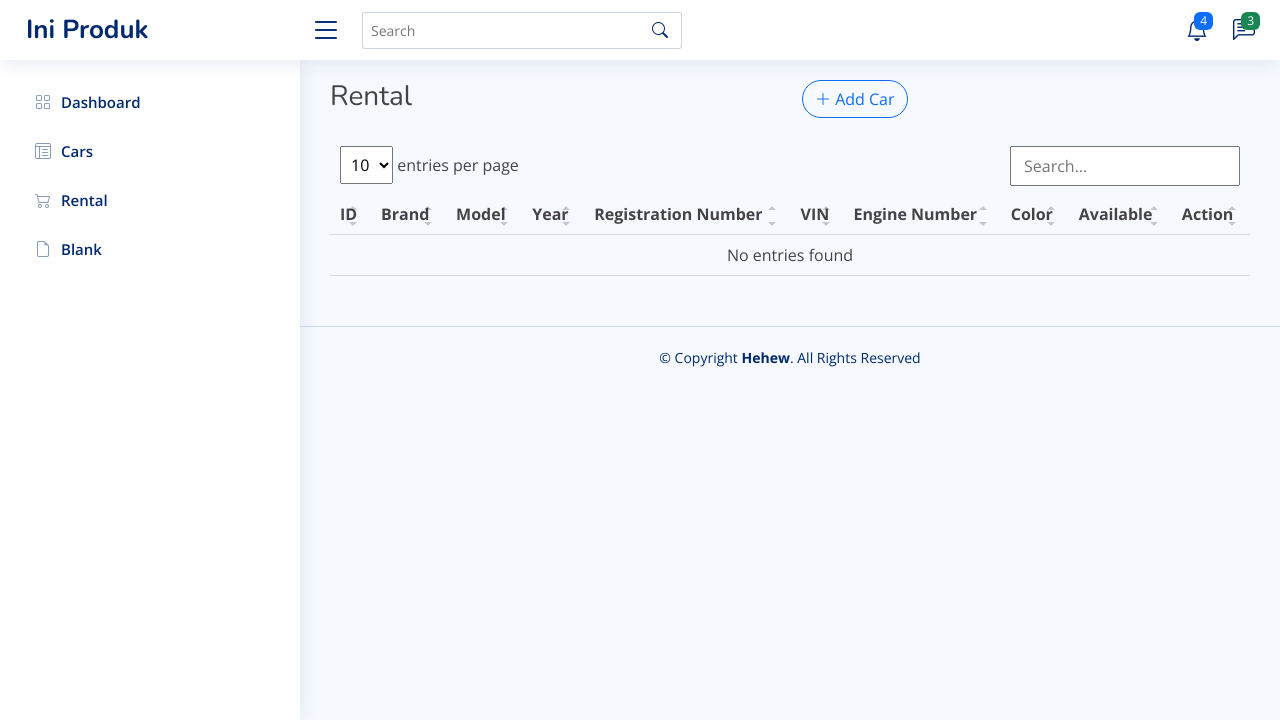
Repository: Jistoper/car_rental
Page: resources/views/backsite/content/car/cartable.blade.php
The author's editor kept a copy of each file at every save. The page is drawn from the files as they stood at one save, then again after the next save.
The browser window is 1280 px wide. The pictures show the whole page.
The page is served by the project's Laravel application, run on PHP 8.4 with Laravel 9. Other server files are loaded and not shown. The template is opened directly, without the code that normally fills it, so the values that code supplies are empty.

Above is the page before, as saved 2023-06-25 16:22:41.

### routes/web.php
<?php

use Illuminate\Support\Facades\Route;
use App\Http\Controllers\carcontroller;

/*
|--------------------------------------------------------------------------
| Web Routes
|--------------------------------------------------------------------------
|
| Here is where you can register web routes for your application. These
| routes are loaded by the RouteServiceProvider within a group which
| contains the "web" middleware group. Now create something great!
|
*/

Route::get('/dashboard', function () {
    return view('backsite.dashboard');
})->name('dashboard');

Route::controller(CarController::class)->as('car.')->group(function(){
    Route::get('/car', 'getall')->name('getall');
    Route::get('/create', 'create')->name('create');
    Route::post('/create', 'storeCar')->name('store');
    Route::get('/edit', 'editView')->name('edit');
    Route::post('/edit', 'storeEdit')->name('storeEdit');
    Route::delete('/car_delete_', 'delete')->name('delete');

    Route::get('/rent', 'getList')->name('getList');
    Route::get('/rent_car', 'rentView')->name('rentView');
    Route::post('/car/rent/{$car_id}', 'storeRent')->name('storeRent');
});

### resources/views/backsite/content/car/cartable.blade.php
@extends('backsite.dashboard')

@section('content')

<div>
    <div class="pagetitle row">
        <div class="col-md-6">
            <h3>Rental</h3>
        </div>
        <div class="col-md-6">
            <a href="{{ route('car.create') }}" class="btn btn-outline-primary rounded-pill bi-plus-lg"> Add Car</a>
        </div>
    </div>
    <div class="mb-3">

    </div>
    <table class="table datatable">
        <thead>
          <tr>
            <th scope="col">ID</th>
            <th scope="col">Brand</th>
            <th scope="col">Model</th>
            <th scope="col">Year</th>
            <th scope="col">Registration Number</th>
            <th scope="col">VIN</th>
            <th scope="col">Engine Number</th>
            <th scope="col">Color</th>
            <th scope="col">Available</th>
            <th scope="col">Action</th>
          </tr>
        </thead>
        <tbody>
            @foreach($Cars as $cars)
                <tr>
                    <td>{{ $cars['car_id'] }}</td>
                    <td>{{ $cars['brand'] }}</td>
                    <td>{{ $cars['model'] }}</td>
                    <td>{{ $cars['year'] }}</td>
                    <td>{{ $cars['registration_number'] }}</td>
                    <td>{{ $cars['vin'] }}</td>
                    <td>{{ $cars['engine_number'] }}</td>
                    <td>{{ $cars['color'] }}</td>
                    <td>{{ $cars['is_available'] ? 'Yes' : 'No' }}</td>
                    <td>
                        <form action="{{ route('car.edit', $cars['car_id']) }}" class="d-inline" method="POST">
                            @csrf
                            @method('GET')
                            <input type="hidden" name="car_id" value="{{ $cars['car_id'] }}">
                            <input type="hidden" name="brand" value="{{ $cars['brand'] }}">
                            <input type="hidden" name="model" value="{{ $cars['model'] }}">
                            <input type="hidden" name="year" value="{{ $cars['year'] }}">
                            <input type="hidden" name="registration_number" value="{{ $cars['registration_number'] }}">
                            <input type="hidden" name="vin" value="{{ $cars['vin'] }}">
                            <input type="hidden" name="engine_number" value="{{ $cars['engine_number'] }}">
                            <input type="hidden" name="color" value="{{ $cars['color'] }}">
                            <button class="btn btn-sm rounded-pill btn-outline-secondary" type="submit" name='submit'>Edit</button>
                        </form>
                        <form onsubmit="return confirm('Are you sure you want to delete this data?')" action="{{ route('car.delete', $cars['car_id']) }}" class="d-inline" method="POST">
                            @csrf
                            @method('DELETE')
                            <input type="hidden" name="car_id" value="{{ $cars['car_id'] }}">
                            <button class="btn btn-sm rounded-pill btn-outline-danger" type="submit" name='submit'>Delete</button>
                        </form>
                    </td>
                </tr>
            @endforeach
        </tbody>
    </table>
</div>

@endsection

### resources/views/backsite/partials/header.blade.php
<header id="header" class="header fixed-top d-flex align-items-center">
    <div class="d-flex align-items-center justify-content-between">
      <a href="{{ route('dashboard') }}" class="logo d-flex align-items-center">
        <img src="assets/img/logo.png" alt="">
        <span class="d-none d-lg-block">Ini Produk</span>
      </a>
      <i class="bi bi-list toggle-sidebar-btn"></i>
    </div><!-- End Logo -->

    <div class="search-bar">
      <form class="search-form d-flex align-items-center" method="POST" action="#">
        <input type="text" name="query" placeholder="Search" title="Enter search keyword">
        <button type="submit" title="Search"><i class="bi bi-search"></i></button>
      </form>
    </div><!-- End Search Bar -->

    <nav class="header-nav ms-auto">
      <ul class="d-flex align-items-center">

        <li class="nav-item d-block d-lg-none">
          <a class="nav-link nav-icon search-bar-toggle " href="#">
            <i class="bi bi-search"></i>
          </a>
        </li><!-- End Search Icon-->

        <li class="nav-item dropdown">

          <a class="nav-link nav-icon" href="#" data-bs-toggle="dropdown">
            <i class="bi bi-bell"></i>
            <span class="badge bg-primary badge-number">4</span>
          </a><!-- End Notification Icon -->

          <ul class="dropdown-menu dropdown-menu-end dropdown-menu-arrow notifications">
            <li class="dropdown-header">
              You have 4 new notifications
              <a href="#"><span class="badge rounded-pill bg-primary p-2 ms-2">View all</span></a>
            </li>
            <li>
              <hr class="dropdown-divider">
            </li>

            <li class="notification-item">
              <i class="bi bi-exclamation-circle text-warning"></i>
              <div>
                <h4>Lorem Ipsum</h4>
                <p>Quae dolorem earum veritatis oditseno</p>
                <p>30 min. ago</p>
              </div>
            </li>

            <li>
              <hr class="dropdown-divider">
            </li>

            <li class="notification-item">
              <i class="bi bi-x-circle text-danger"></i>
              <div>
                <h4>Atque rerum nesciunt</h4>
                <p>Quae dolorem earum veritatis oditseno</p>
                <p>1 hr. ago</p>
              </div>
            </li>

            <li>
              <hr class="dropdown-divider">
            </li>

            <li class="notification-item">
              <i class="bi bi-check-circle text-success"></i>
              <div>
                <h4>Sit rerum fuga</h4>
                <p>Quae dolorem earum veritatis oditseno</p>
                <p>2 hrs. ago</p>
              </div>
            </li>

            <li>
              <hr class="dropdown-divider">
            </li>

            <li class="notification-item">
              <i class="bi bi-info-circle text-primary"></i>
              <div>
                <h4>Dicta reprehenderit</h4>
                <p>Quae dolorem earum veritatis oditseno</p>
                <p>4 hrs. ago</p>
              </div>
            </li>

            <li>
              <hr class="dropdown-divider">
            </li>
            <li class="dropdown-footer">
              <a href="#">Show all notifications</a>
            </li>

          </ul><!-- End Notification Dropdown Items -->

        </li><!-- End Notification Nav -->

        <li class="nav-item dropdown">

          <a class="nav-link nav-icon" href="#" data-bs-toggle="dropdown">
            <i class="bi bi-chat-left-text"></i>
            <span class="badge bg-success badge-number">3</span>
          </a><!-- End Messages Icon -->

          <ul class="dropdown-menu dropdown-menu-end dropdown-menu-arrow messages">
            <li class="dropdown-header">
              You have 3 new messages
              <a href="#"><span class="badge rounded-pill bg-primary p-2 ms-2">View all</span></a>
            </li>
            <li>
              <hr class="dropdown-divider">
            </li>

            <li class="message-item">
              <a href="#">
                <img src="assets/img/messages-1.jpg" alt="" class="rounded-circle">
                <div>
                  <h4>Maria Hudson</h4>
                  <p>Velit asperiores et ducimus soluta repudiandae labore officia est ut...</p>
                  <p>4 hrs. ago</p>
                </div>
              </a>
            </li>
            <li>
              <hr class="dropdown-divider">
            </li>

            <li class="message-item">
              <a href="#">
                <img src="assets/img/messages-2.jpg" alt="" class="rounded-circle">
                <div>
                  <h4>Anna Nelson</h4>
                  <p>Velit asperiores et ducimus soluta repudiandae labore officia est ut...</p>
                  <p>6 hrs. ago</p>
                </div>
              </a>
            </li>
            <li>
              <hr class="dropdown-divider">
            </li>

            <li class="message-item">
              <a href="#">
                <img src="assets/img/messages-3.jpg" alt="" class="rounded-circle">
                <div>
                  <h4>David Muldon</h4>
                  <p>Velit asperiores et ducimus soluta repudiandae labore officia est ut...</p>
                  <p>8 hrs. ago</p>
                </div>
              </a>
            </li>
            <li>
              <hr class="dropdown-divider">
            </li>

            <li class="dropdown-footer">
              <a href="#">Show all messages</a>
            </li>

          </ul><!-- End Messages Dropdown Items -->

        </li><!-- End Messages Nav -->

        {{-- <li class="nav-item dropdown pe-3">

          <a class="nav-link nav-profile d-flex align-items-center pe-0" href="#" data-bs-toggle="dropdown">
            <img src="assets/img/profile-img.jpg" alt="Profile" class="rounded-circle">
            <span class="d-none d-md-block dropdown-toggle ps-2">K. Anderson</span>
          </a>

          <ul class="dropdown-menu dropdown-menu-end dropdown-menu-arrow profile">
            <li class="dropdown-header">
              <h6>Kevin Anderson</h6>
              <span>Web Designer</span>
            </li>
            <li>
              <hr class="dropdown-divider">
            </li>

            <li>
              <a class="dropdown-item d-flex align-items-center" href="users-profile.html">
                <i class="bi bi-person"></i>
                <span>My Profile</span>
              </a>
            </li>
            <li>
              <hr class="dropdown-divider">
            </li>

            <li>
              <a class="dropdown-item d-flex align-items-center" href="users-profile.html">
                <i class="bi bi-gear"></i>
                <span>Account Settings</span>
              </a>
            </li>
            <li>
              <hr class="dropdown-divider">
            </li>

            <li>
              <a class="dropdown-item d-flex align-items-center" href="pages-faq.html">
                <i class="bi bi-question-circle"></i>
                <span>Need Help?</span>
              </a>
            </li>
            <li>
              <hr class="dropdown-divider">
            </li>

            <li>
              <a class="dropdown-item d-flex align-items-center" href="#">
                <i class="bi bi-box-arrow-right"></i>
                <span>Sign Out</span>
              </a>
            </li>

          </ul><!-- End Profile Dropdown Items -->
        </li><!-- End Profile Nav --> --}}

      </ul>
    </nav><!-- End Icons Navigation -->
</header>

### resources/views/backsite/partials/sidebar.blade.php
<aside id="sidebar" class="sidebar">

    <ul class="sidebar-nav" id="sidebar-nav">

      <li class="nav-item">
        <a class="nav-link collapsed" href="{{ route('dashboard') }}">
          <i class="bi bi-grid"></i>
          <span>Dashboard</span>
        </a>
      </li><!-- End Dashboard Nav -->

      <li class="nav-item">
        <a class="nav-link collapsed" href="{{ route('car.getall') }}">
          <i class="bi bi-layout-text-window-reverse"></i><span>Cars</span>
        </a>
      </li>

      <li class="nav-item">
        <a class="nav-link collapsed" href="{{ route('car.getList') }}">
          <i class="bi bi-cart2"></i><span>Rental</span>
        </a>
      </li>

      {{-- <li class="nav-item">
        <a class="nav-link collapsed" data-bs-target="#forms-nav" data-bs-toggle="collapse" href="#">
          <i class="bi bi-journal-text"></i><span>Forms</span><i class="bi bi-chevron-down ms-auto"></i>
        </a>
        <ul id="forms-nav" class="nav-content collapse " data-bs-parent="#sidebar-nav">
          <li>
            <a href="forms-elements.html">
              <i class="bi bi-circle"></i><span>Form Elements</span>
            </a>
          </li>
          <li>
            <a href="forms-layouts.html">
              <i class="bi bi-circle"></i><span>Form Layouts</span>
            </a>
          </li>
          <li>
            <a href="forms-editors.html">
              <i class="bi bi-circle"></i><span>Form Editors</span>
            </a>
          </li>
          <li>
            <a href="forms-validation.html">
              <i class="bi bi-circle"></i><span>Form Validation</span>
            </a>
          </li>
        </ul>
      </li>

      <li class="nav-item">
        <a class="nav-link collapsed" data-bs-target="#icons-nav" data-bs-toggle="collapse" href="#">
          <i class="bi bi-gem"></i><span>Icons</span><i class="bi bi-chevron-down ms-auto"></i>
        </a>
        <ul id="icons-nav" class="nav-content collapse " data-bs-parent="#sidebar-nav">
          <li>
            <a href="icons-bootstrap.html">
              <i class="bi bi-circle"></i><span>Bootstrap Icons</span>
            </a>
          </li>
          <li>
            <a href="icons-remix.html">
              <i class="bi bi-circle"></i><span>Remix Icons</span>
            </a>
          </li>
          <li>
            <a href="icons-boxicons.html">
              <i class="bi bi-circle"></i><span>Boxicons</span>
            </a>
          </li>
        </ul>
      </li>

      <li class="nav-heading">Pages</li>

      <li class="nav-item">
        <a class="nav-link collapsed" href="users-profile.html">
          <i class="bi bi-person"></i>
          <span>Profile</span>
        </a>
      </li>

      <li class="nav-item">
        <a class="nav-link collapsed" href="pages-faq.html">
          <i class="bi bi-question-circle"></i>
          <span>F.A.Q</span>
        </a>
      </li>

      <li class="nav-item">
        <a class="nav-link collapsed" href="pages-contact.html">
          <i class="bi bi-envelope"></i>
          <span>Contact</span>
        </a>
      </li>

      <li class="nav-item">
        <a class="nav-link collapsed" href="pages-register.html">
          <i class="bi bi-card-list"></i>
          <span>Register</span>
        </a>
      </li>

      <li class="nav-item">
        <a class="nav-link collapsed" href="pages-login.html">
          <i class="bi bi-box-arrow-in-right"></i>
          <span>Login</span>
        </a>
      </li>

      <li class="nav-item">
        <a class="nav-link collapsed" href="pages-error-404.html">
          <i class="bi bi-dash-circle"></i>
          <span>Error 404</span>
        </a>
      </li> --}}

      <li class="nav-item">
        <a class="nav-link collapsed" href="pages-blank.html">
          <i class="bi bi-file-earmark"></i>
          <span>Blank</span>
        </a>
      </li>

    </ul>

  </aside><!-- End Sidebar-->

### public/assets/simple-datatables/style.css
.datatable-wrapper.no-header .datatable-container {
	border-top: 1px solid #d9d9d9;
}

.datatable-wrapper.no-footer .datatable-container {
	border-bottom: 1px solid #d9d9d9;
}

.datatable-top,
.datatable-bottom {
	padding: 8px 10px;
}

.datatable-top > nav:first-child,
.datatable-top > div:first-child,
.datatable-bottom > nav:first-child,
.datatable-bottom > div:first-child {
	float: left;
}

.datatable-top > nav:last-child,
.datatable-top > div:last-child,
.datatable-bottom > nav:last-child,
.datatable-bottom > div:last-child {
	float: right;
}

.datatable-selector {
	padding: 6px;
}

.datatable-input {
	padding: 6px 12px;
}

.datatable-info {
	margin: 7px 0;
}

/* PAGER */
.datatable-pagination ul {
	margin: 0;
	padding-left: 0;
}

.datatable-pagination li {
	list-style: none;
	float: left;
}

.datatable-pagination li.datatable-hidden {
    visibility: hidden;
}

.datatable-pagination a {
	border: 1px solid transparent;
	float: left;
	margin-left: 2px;
	padding: 6px 12px;
	position: relative;
	text-decoration: none;
	color: #333;
    cursor: pointer;
}

.datatable-pagination a:hover {
	background-color: #d9d9d9;
}

.datatable-pagination .datatable-active a,
.datatable-pagination .datatable-active a:focus,
.datatable-pagination .datatable-active a:hover {
	background-color: #d9d9d9;
	cursor: default;
}

.datatable-pagination .datatable-ellipsis a,
.datatable-pagination .datatable-disabled a,
.datatable-pagination .datatable-disabled a:focus,
.datatable-pagination .datatable-disabled a:hover {
    pointer-events: none;
    cursor: default;
}

.datatable-pagination .datatable-disabled a,
.datatable-pagination .datatable-disabled a:focus,
.datatable-pagination .datatable-disabled a:hover {
	cursor: not-allowed;
	opacity: 0.4;
}

.datatable-pagination .datatable-pagination a {
	font-weight: bold;
}

/* TABLE */
.datatable-table {
	max-width: 100%;
	width: 100%;
	border-spacing: 0;
	border-collapse: separate;
}

.datatable-table > tbody > tr > td,
.datatable-table > tbody > tr > th,
.datatable-table > tfoot > tr > td,
.datatable-table > tfoot > tr > th,
.datatable-table > thead > tr > td,
.datatable-table > thead > tr > th {
	vertical-align: top;
	padding: 8px 10px;
}

.datatable-table > thead > tr > th {
	vertical-align: bottom;
	text-align: left;
	border-bottom: 1px solid #d9d9d9;
}

.datatable-table > tfoot > tr > th {
	vertical-align: bottom;
	text-align: left;
	border-top: 1px solid #d9d9d9;
}

.datatable-table th {
	vertical-align: bottom;
	text-align: left;
}

.datatable-table th a {
	text-decoration: none;
	color: inherit;
}

.datatable-sorter, .datatable-filter {
	display: inline-block;
	height: 100%;
	position: relative;
	width: 100%;
}

.datatable-sorter::before,
.datatable-sorter::after {
	content: "";
	height: 0;
	width: 0;
	position: absolute;
	right: 4px;
	border-left: 4px solid transparent;
	border-right: 4px solid transparent;
	opacity: 0.2;
}


.datatable-sorter::before {
	border-top: 4px solid #000;
	bottom: 0px;
}

.datatable-sorter::after {
	border-bottom: 4px solid #000;
	border-top: 4px solid transparent;
	top: 0px;
}

.datatable-ascending .datatable-sorter::after,
.datatable-descending .datatable-sorter::before,
.datatable-ascending .datatable-filter::after,
.datatable-descending .datatable-filter::before {
	opacity: 0.6;
}

.datatable-filter::before {
    content: "";
    position: absolute;
    right: 4px;
    opacity: 0.2;
    width: 0;
    height: 0;
    border-left: 7px solid transparent;
    border-right: 7px solid transparent;
	border-radius: 50%;
    border-top: 10px solid #000;
    top: 25%;
}

.datatable-filter-active .datatable-filter::before {
    opacity: 0.6;
}

.datatable-empty {
	text-align: center;
}

.datatable-top::after, .datatable-bottom::after {
	clear: both;
	content: " ";
	display: table;
}

table.datatable-table:focus tr.datatable-cursor > td:first-child {
	border-left: 3px blue solid;
}

table.datatable-table:focus {
	outline: solid 1px black;
    outline-offset: -1px;
}

Loaded but not shown: public/assets/bootstrap/css/bootstrap.min.css (library); public/assets/bootstrap-icons/bootstrap-icons.css (library); public/assets/boxicons/css/boxicons.min.css (library); public/assets/apexcharts/apexcharts.min.js (library); public/assets/bootstrap/js/bootstrap.bundle.min.js (library); public/assets/chart.js/chart.umd.js (library); public/assets/echarts/echarts.min.js (library); public/assets/quill/quill.min.js (library); public/assets/simple-datatables/simple-datatables.js (library); public/assets/tinymce/tinymce.min.js (library); public/js/main.js (321 lines, source omitted); public/assets/php-email-form/validate.js (85 lines, source omitted); public/assets/remixicon/remixicon.css (2526 lines, source omitted); resources/views/backsite/dashboard.blade.php (740 lines, source omitted); public/assets/quill/quill.bubble.css (952 lines, source omitted); public/assets/quill/quill.snow.css (945 lines, source omitted); public/css/style.css (1233 lines, source omitted)

After the next save:
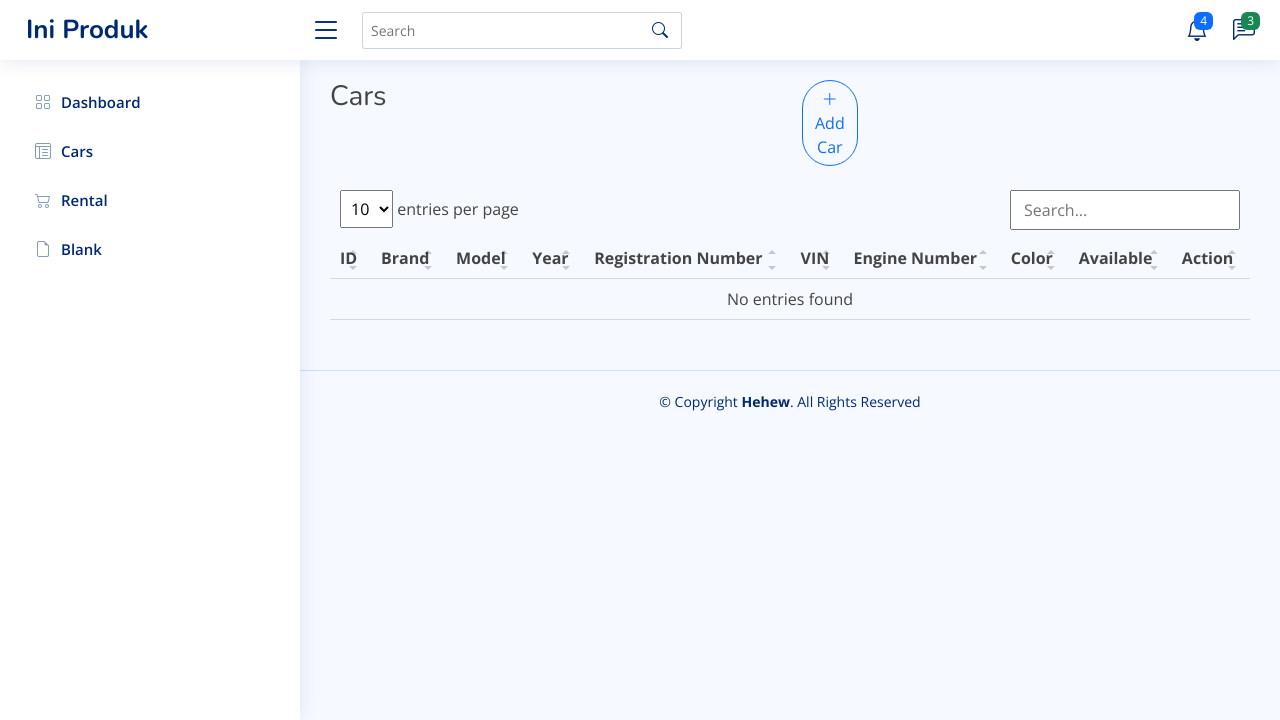
Saved 2 min 52 s later.
--- a/resources/views/backsite/content/car/cartable.blade.php
+++ b/resources/views/backsite/content/car/cartable.blade.php
@@ -5,9 +5,9 @@
 <div>
     <div class="pagetitle row">
         <div class="col-md-6">
-            <h3>Rental</h3>
+            <h3>Cars</h3>
         </div>
-        <div class="col-md-6">
+        <div class="col-md-1">
             <a href="{{ route('car.create') }}" class="btn btn-outline-primary rounded-pill bi-plus-lg"> Add Car</a>
         </div>
     </div>

After the save that followed:
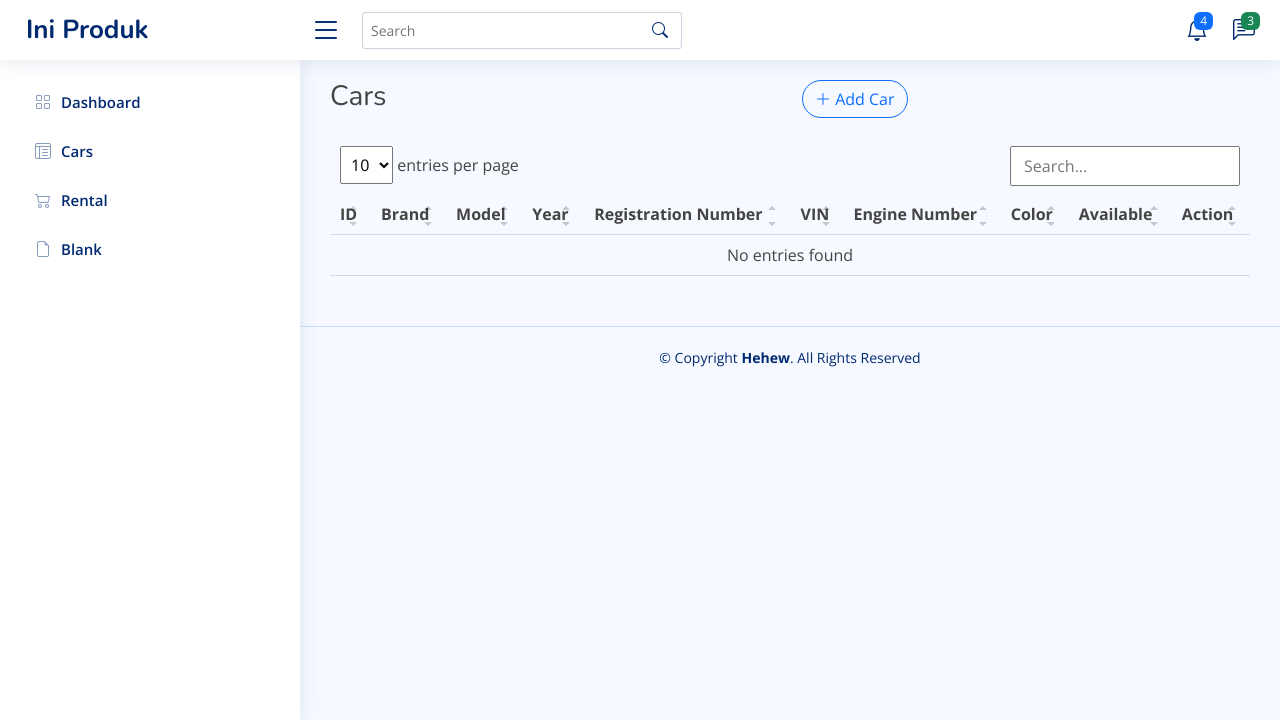
Saved 7 s later.
--- a/resources/views/backsite/content/car/cartable.blade.php
+++ b/resources/views/backsite/content/car/cartable.blade.php
@@ -7,7 +7,7 @@
         <div class="col-md-6">
             <h3>Cars</h3>
         </div>
-        <div class="col-md-1">
+        <div class="col-md-2">
             <a href="{{ route('car.create') }}" class="btn btn-outline-primary rounded-pill bi-plus-lg"> Add Car</a>
         </div>
     </div>
